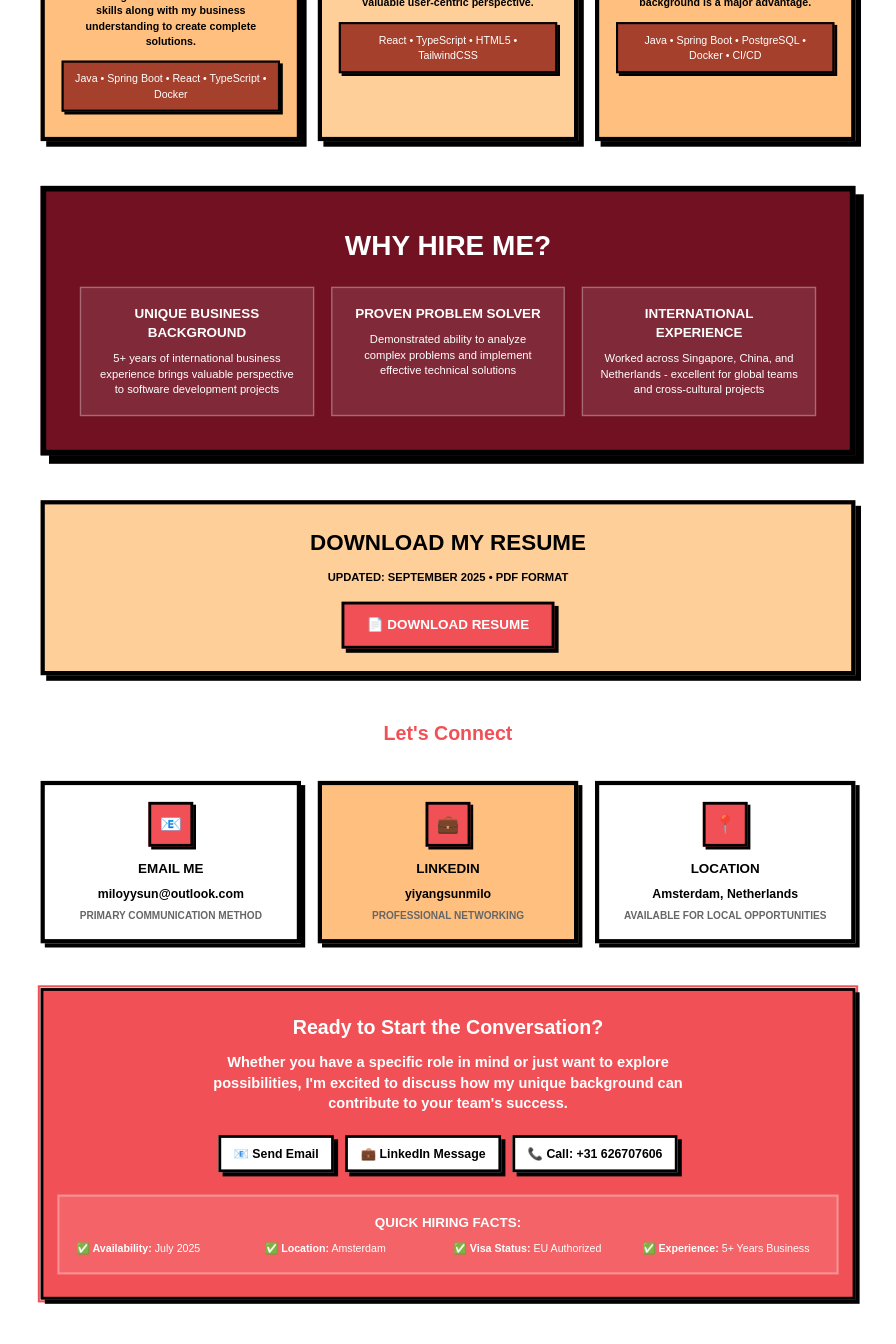
Repository: miloyiyangsun/yiyangsun.github.io
Page: .superdesign/design_iterations/yiyang_hireme_v2.html
These files come from the project's save history. The page is drawn as it stood at one moment and after the next save; the edit follows.
The browser window is 1280 px wide. The pictures show the part of the page from y = 1041 to 2961 px (the page is 3133 px tall before and 2668 px after), at 70% of full size.

Above is the page before, as saved 2025-09-03 17:23:35.

After the next save:
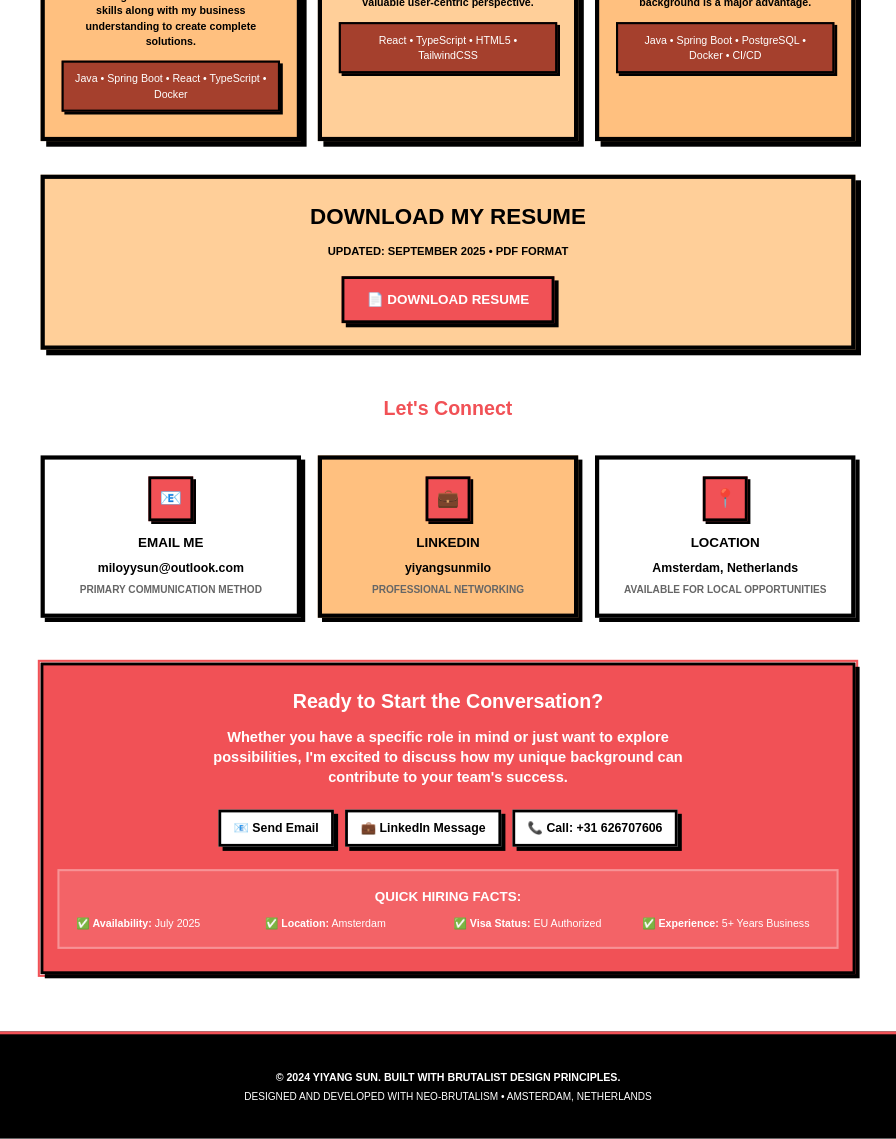
Saved 25 s later.
--- a/.superdesign/design_iterations/yiyang_hireme_v2.html
+++ b/.superdesign/design_iterations/yiyang_hireme_v2.html
@@ -431,7 +431,7 @@ Email Me Today
         </section>
 
         <!-- Value Proposition -->
-        <section class="value-proposition">
+        <!-- <section class="value-proposition">
             <div class="value-title">Why Hire Me?</div>
             <div class="value-grid">
                 <div class="value-item">
@@ -452,8 +452,14 @@ Email Me Today
                         Worked across Singapore, China, and Netherlands - excellent for global teams and cross-cultural projects
                     </div>
                 </div>
+                <div class="value-item">
+                    <div class="value-item-title">Career Transition Success</div>
+                    <div class="value-item-description">
+                        Successfully transitioned from 5+ years business career to Computer Science, graduating July 2025
+                    </div>
+                </div>
             </div>
-        </section>
+        </section> -->
 
         <!-- Resume Download -->
         <section class="resume-section">
